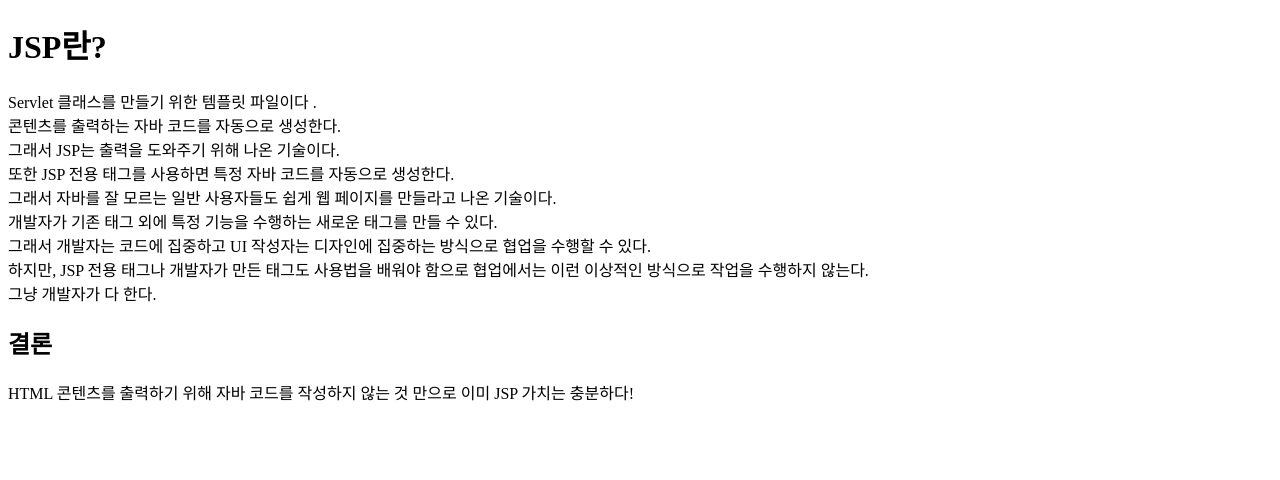
Repository: soso1525/bitcamp
Page: http://localhost/java-web/jsp_exams/ex1/test02.jsp
These files come from the project's save history. The page is drawn as it stood at one moment and after the next save; the edit follows.
The browser window is 1280 px wide. The pictures show the whole page.
The page is served by Tomcat 9. Nobody is signed in. The application's start-up code is not run. Other server files are loaded and not shown.

Above is the page before, as saved 2017-12-14 05:26:33.

### workspace/java-web/src/main/webapp/jsp_exams/ex1/test02.jsp
<%@ page language="java" contentType="text/html; charset=UTF-8"
    pageEncoding="UTF-8"%>
<!DOCTYPE html>
<html>
<head>
<meta charset="UTF-8">
<title>ex1/test01</title>
</head>
<body>
<h1>JSP란?</h1>
<p>
Servlet 클래스를 만들기 위한 템플릿 파일이다 . <br>
콘텐츠를 출력하는 자바 코드를 자동으로 생성한다. <br>
그래서 JSP는 출력을 도와주기 위해 나온 기술이다. <br>
또한 JSP 전용 태그를 사용하면 특정 자바 코드를 자동으로 생성한다. <br>
그래서 자바를 잘 모르는 일반 사용자들도 쉽게 웹 페이지를 만들라고 나온 기술이다. <br>
개발자가 기존 태그 외에 특정 기능을 수행하는 새로운 태그를 만들 수 있다. <br>
그래서 개발자는 코드에 집중하고 UI 작성자는 디자인에 집중하는 방식으로 협업을 수행할 수 있다. <br>
하지만, JSP 전용 태그나 개발자가 만든 태그도 사용법을 배워야 함으로  협업에서는 이런 이상적인 방식으로 작업을 수행하지 않는다. <br>
그냥 개발자가 다 한다. <br>
</p>

<h2>결론</h2>
<p>HTML 콘텐츠를 출력하기 위해 자바 코드를 작성하지 않는 것 만으로 이미 JSP 가치는 충분하다!</p>
</body>
</html>

After the next save:
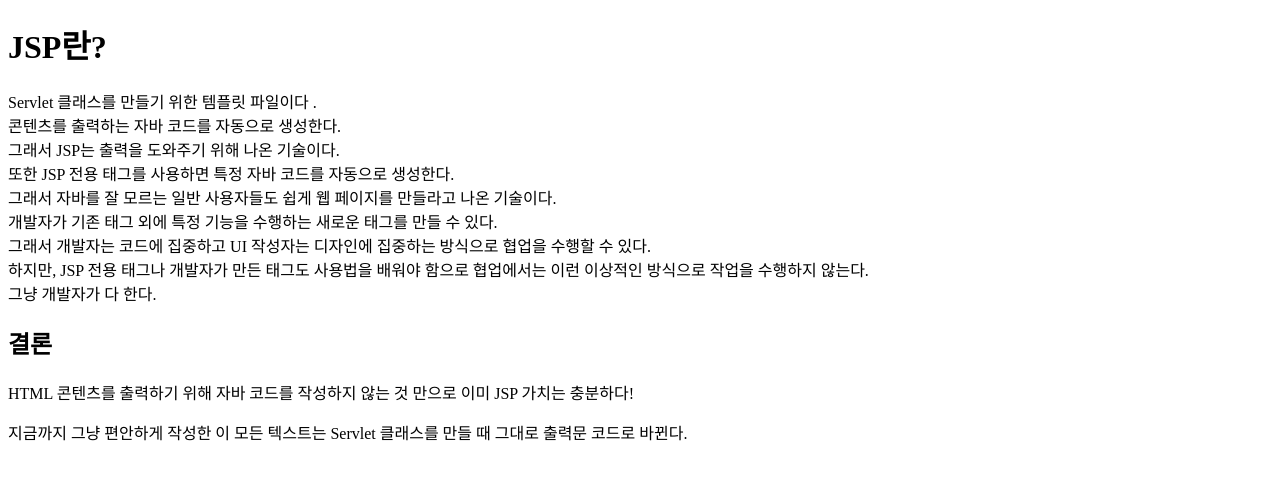
Saved 71 s later.
--- a/workspace/java-web/src/main/webapp/jsp_exams/ex1/test02.jsp
+++ b/workspace/java-web/src/main/webapp/jsp_exams/ex1/test02.jsp
@@ -22,5 +22,6 @@
 
 <h2>결론</h2>
 <p>HTML 콘텐츠를 출력하기 위해 자바 코드를 작성하지 않는 것 만으로 이미 JSP 가치는 충분하다!</p>
+<p>지금까지 그냥 편안하게 작성한 이 모든 텍스트는 Servlet 클래스를 만들 때 그대로 출력문 코드로 바뀐다. </p>
 </body>
 </html>
